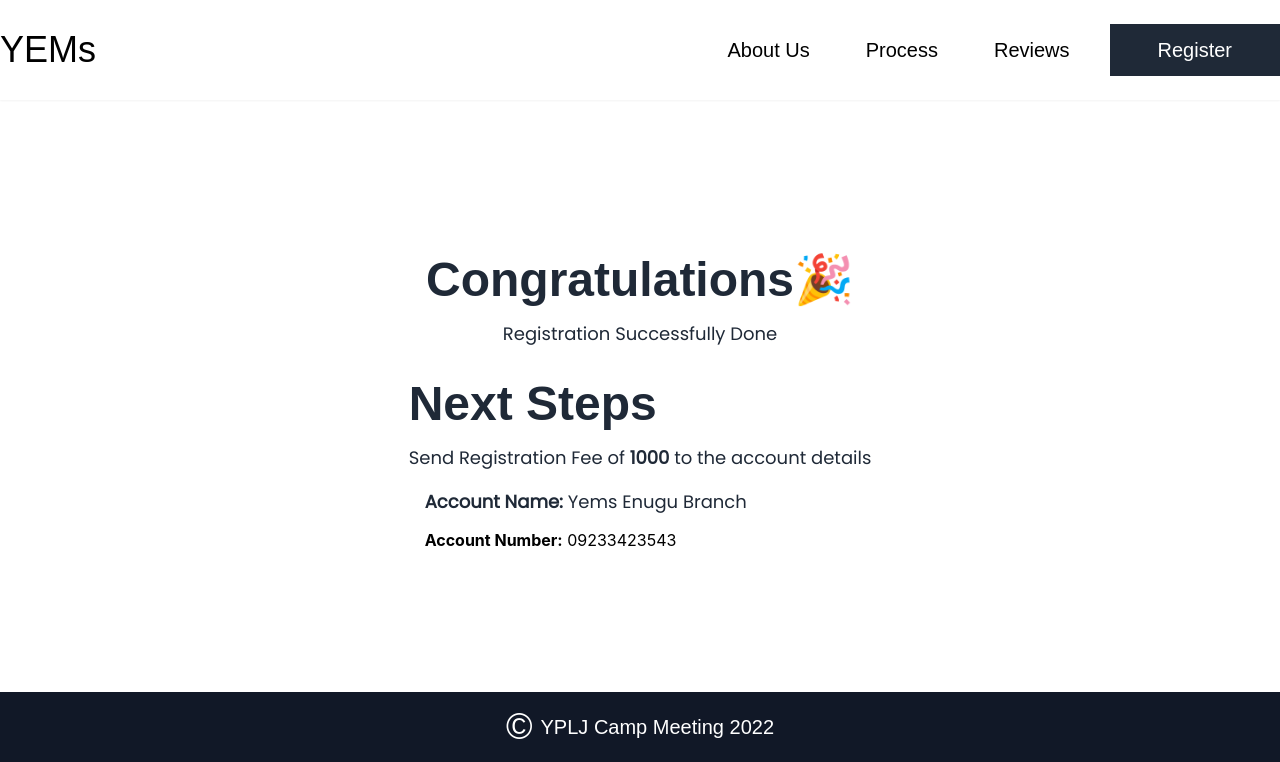
Repository: Ifenna-Pascal/user-camp-onboarding
Page: /dashboard
An editor plug-in stored every save of this project. The page is shown before and after a run of saves, followed by the edit.
The browser window is 1280 px wide. The pictures show the whole page.
Some web fonts or font styles are not loaded; a fallback is used. The project was rebuilt for these pictures with package versions that can differ from the ones it lists, and the page was loaded fresh each time. The framework's server and built-in components were replaced by stand-ins that run in the browser. Also part of the build but not shown: next.config.js.

Above is the page before, as saved 2022-11-27 08:16:02.

After the next 2 saves:
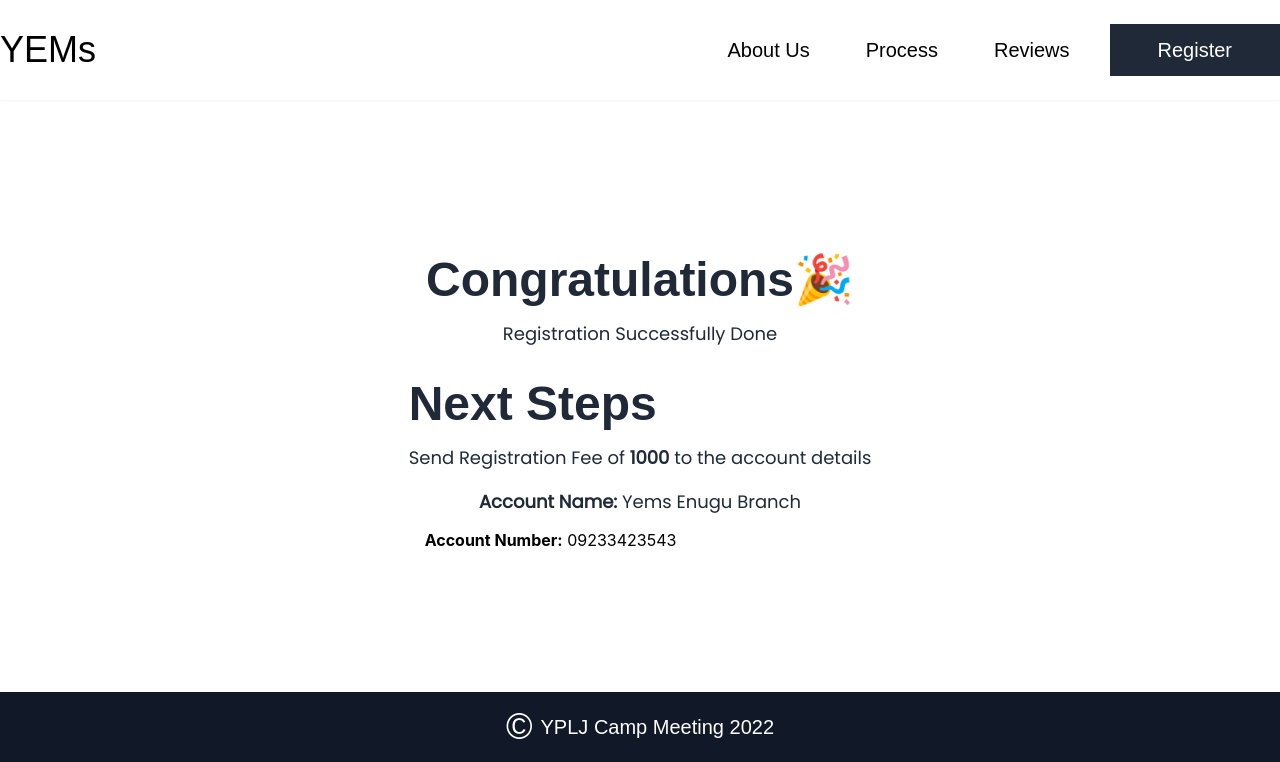
The 2 saves are shown as one change because they came seconds apart.
The last was saved 13 s later.
--- a/pages/dashboard.jsx
+++ b/pages/dashboard.jsx
@@ -17,7 +17,7 @@
           Send Registration Fee of <strong>1000</strong> to the account details
         </p>
         <div className="px-4">
-          <p className="block text-base  lg:text-lg text-left pb-3 font-poppins text-gray-800 leading-[30px]">
+          <p className="block text-base  lg:text-lg text-center pb-3 font-poppins text-gray-800 leading-[30px]">
             <b>Account Name:</b> Yems Enugu Branch
           </p>
           <p>

After the save that followed:
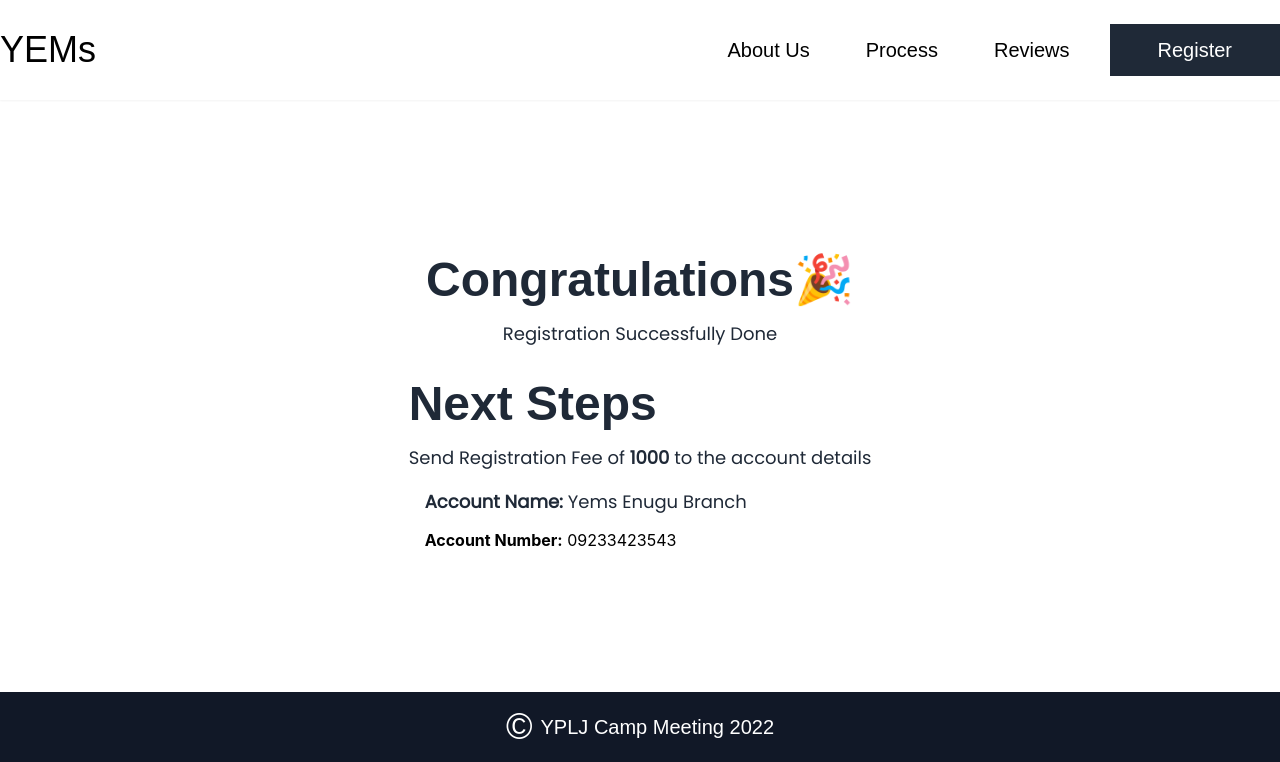
Saved 10 s later.
--- a/pages/dashboard.jsx
+++ b/pages/dashboard.jsx
@@ -17,7 +17,7 @@
           Send Registration Fee of <strong>1000</strong> to the account details
         </p>
         <div className="px-4">
-          <p className="block text-base  lg:text-lg text-center pb-3 font-poppins text-gray-800 leading-[30px]">
+          <p className="block text-base  lg:text-lg text-left pb-3 font-poppins text-gray-800 leading-[30px]">
             <b>Account Name:</b> Yems Enugu Branch
           </p>
           <p>
